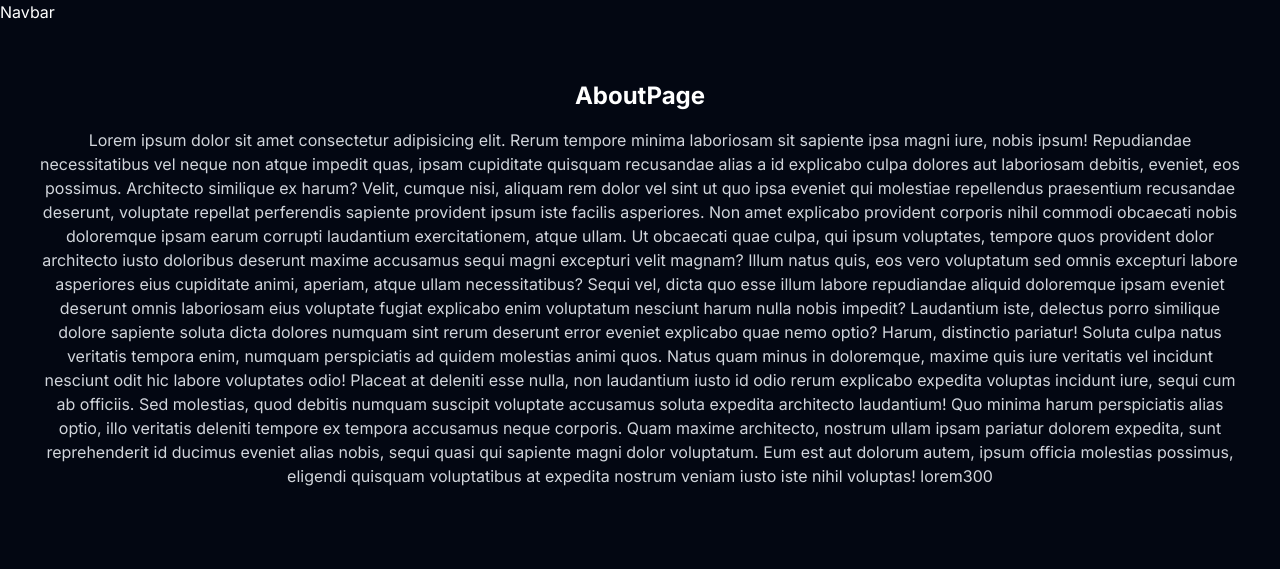
Repository: CiroAlfa/AppiResMysql
Page: /about
The author's editor kept a copy of each file at every save. The page is drawn from the files as they stood at one save, then again after the next save.
The browser window is 1280 px wide. The pictures show the whole page.
The project was rebuilt for these pictures with package versions that can differ from the ones it lists, and the page was loaded fresh each time. The framework's server and built-in components were replaced by stand-ins that run in the browser. Also part of the build but not shown: next.config.js.

Above is the page before, as saved 2023-09-22 23:49:06.

### src/app/layout.jsx
import Navbar from './components/NavBar'
import './globals.css'
import { Inter } from 'next/font/google'

const inter = Inter({ subsets: ['latin'] })

export const metadata = {
  title: 'Create Next App',
  description: 'Generated by create next app',
}

export default function RootLayout({ children }) {
  return (
    <html lang="en">
      <body className={inter.className}>
        <h1>Navbar</h1>
        <div className='h-[calc(100vh-5rem)] container mx-auto'>{children}</div>
        </body>
    </html>
  )
}

### src/app/about/page.jsx

function AboutPage() {
  return (

    <div className="text-center p-10">
        <h1 className="text-2xl font-bold my-4">AboutPage</h1>
        <p className= "text-gray-300">
            Lorem ipsum dolor sit amet consectetur adipisicing elit. Rerum tempore minima laboriosam sit sapiente ipsa magni iure, nobis ipsum! Repudiandae necessitatibus vel neque non atque impedit quas, ipsam cupiditate quisquam recusandae alias a id explicabo culpa dolores aut laboriosam debitis, eveniet, eos possimus. Architecto similique ex harum? Velit, cumque nisi, aliquam rem dolor vel sint ut quo ipsa eveniet qui molestiae repellendus praesentium recusandae deserunt, voluptate repellat perferendis sapiente provident ipsum iste facilis asperiores. Non amet explicabo provident corporis nihil commodi obcaecati nobis doloremque ipsam earum corrupti laudantium exercitationem, atque ullam. Ut obcaecati quae culpa, qui ipsum voluptates, tempore quos provident dolor architecto iusto doloribus deserunt maxime accusamus sequi magni excepturi velit magnam? Illum natus quis, eos vero voluptatum sed omnis excepturi labore asperiores eius cupiditate animi, aperiam, atque ullam necessitatibus? Sequi vel, dicta quo esse illum labore repudiandae aliquid doloremque ipsam eveniet deserunt omnis laboriosam eius voluptate fugiat explicabo enim voluptatum nesciunt harum nulla nobis impedit? Laudantium iste, delectus porro similique dolore sapiente soluta dicta dolores numquam sint rerum deserunt error eveniet explicabo quae nemo optio? Harum, distinctio pariatur! Soluta culpa natus veritatis tempora enim, numquam perspiciatis ad quidem molestias animi quos. Natus quam minus in doloremque, maxime quis iure veritatis vel incidunt nesciunt odit hic labore voluptates odio! Placeat at deleniti esse nulla, non laudantium iusto id odio rerum explicabo expedita voluptas incidunt iure, sequi cum ab officiis. Sed molestias, quod debitis numquam suscipit voluptate accusamus soluta expedita architecto laudantium! Quo minima harum perspiciatis alias optio, illo veritatis deleniti tempore ex tempora accusamus neque corporis. Quam maxime architecto, nostrum ullam ipsam pariatur dolorem expedita, sunt reprehenderit id ducimus eveniet alias nobis, sequi quasi qui sapiente magni dolor voluptatum. Eum est aut dolorum autem, ipsum officia molestias possimus, eligendi quisquam voluptatibus at expedita nostrum veniam iusto iste nihil voluptas!
            lorem300
            </p >

 </div>
  )
}

export default AboutPage

### src/app/globals.css
@tailwind base;
@tailwind components;
@tailwind utilities;

body {
  @apply bg-gray-950;
  color: white;
}

### src/app/components/NavBar.jsx
import Link from "next/link";

function Navbar() {
  return (
    <nav className="bg-zinc-900 text-white py-3 mb-2">
      <div className="container mx-auto flex justify-between items-center">
        <Link href="/">
          <h3 className="text-3xl">NextMySQL</h3>
        </Link>

        <ul>
          <li>
            <Link href="/new" className="text-sky-500 hover:text-sky-400">
              New
            </Link>
          </li>
        </ul>
      </div>
    </nav>
  );
}

export default Navbar;

Loaded but not shown: tailwind.config.js (common file)

After the next save:
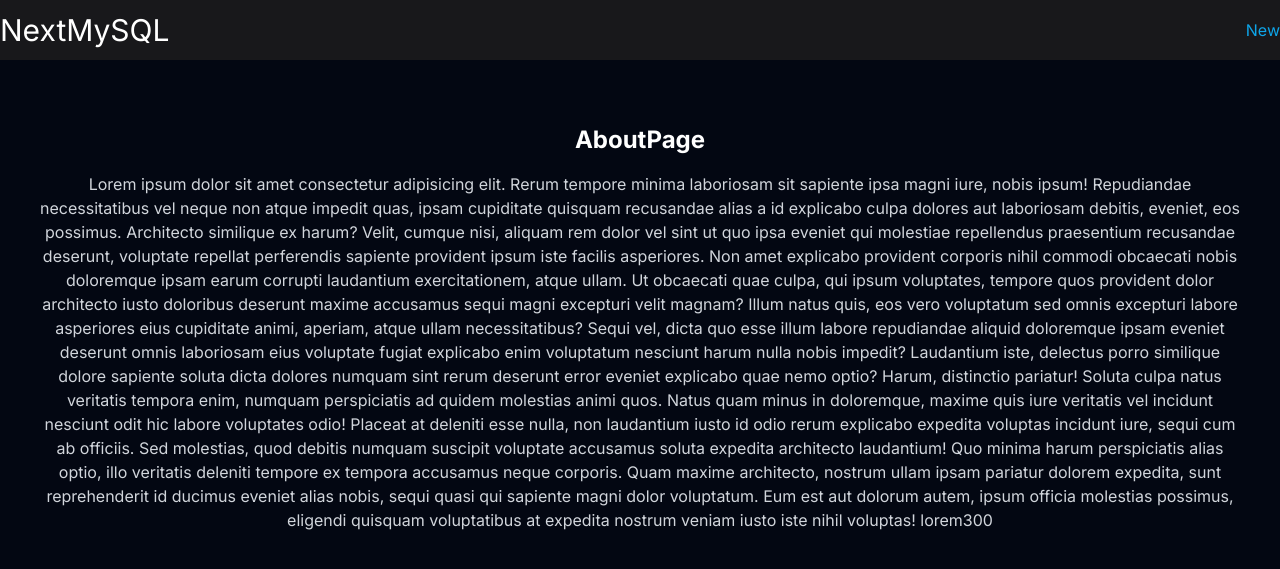
Saved 65 s later.
--- a/src/app/layout.jsx
+++ b/src/app/layout.jsx
@@ -13,7 +13,7 @@ export default function RootLayout({ children }) {
   return (
     <html lang="en">
       <body className={inter.className}>
-        <h1>Navbar</h1>
+        <Navbar/>
         <div className='h-[calc(100vh-5rem)] container mx-auto'>{children}</div>
         </body>
     </html>
